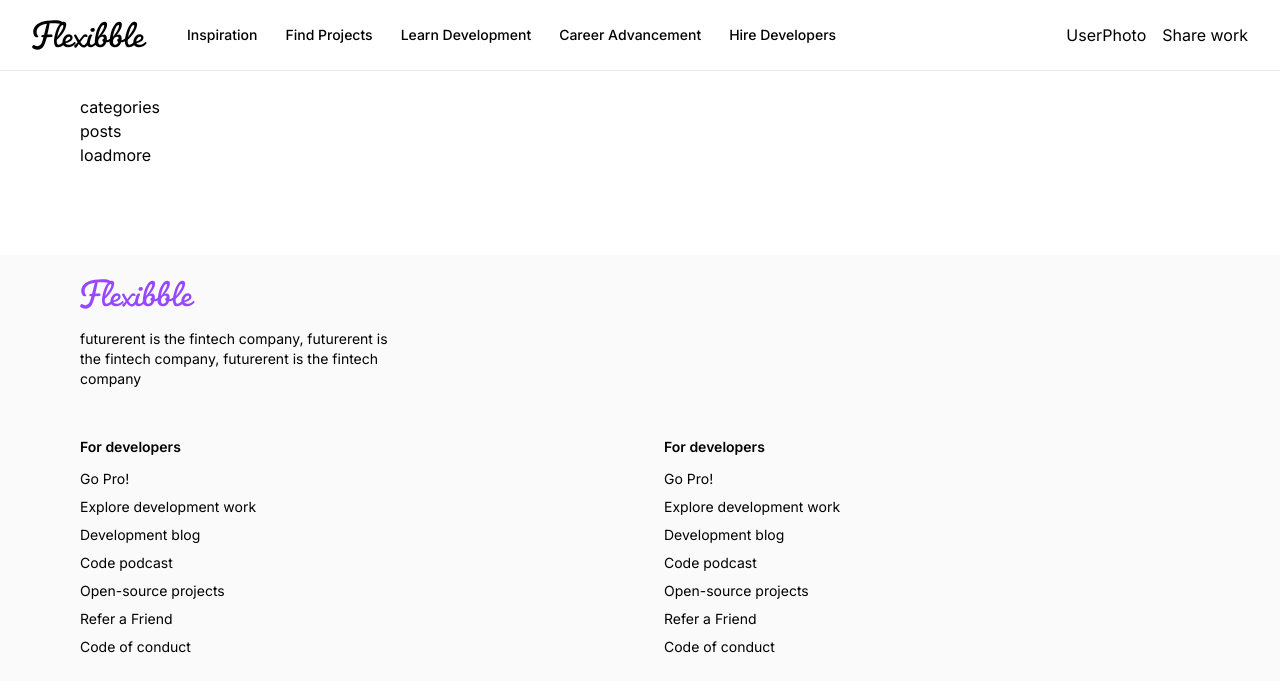
Repository: cicifuture/grafbase_proj
Page: /
These files come from the project's save history. The page is drawn as it stood at one moment and after the next save; the edit follows.
The browser window is 1280 px wide. The pictures show the whole page.
The project was rebuilt for these pictures with package versions that can differ from the ones it lists, and the page was loaded fresh each time. The framework's server and built-in components were replaced by stand-ins that run in the browser. Also part of the build but not shown: next.config.js, components/AuthProviders.tsx.

Above is the page before, as saved 2023-09-26 11:43:47.

After the next save:
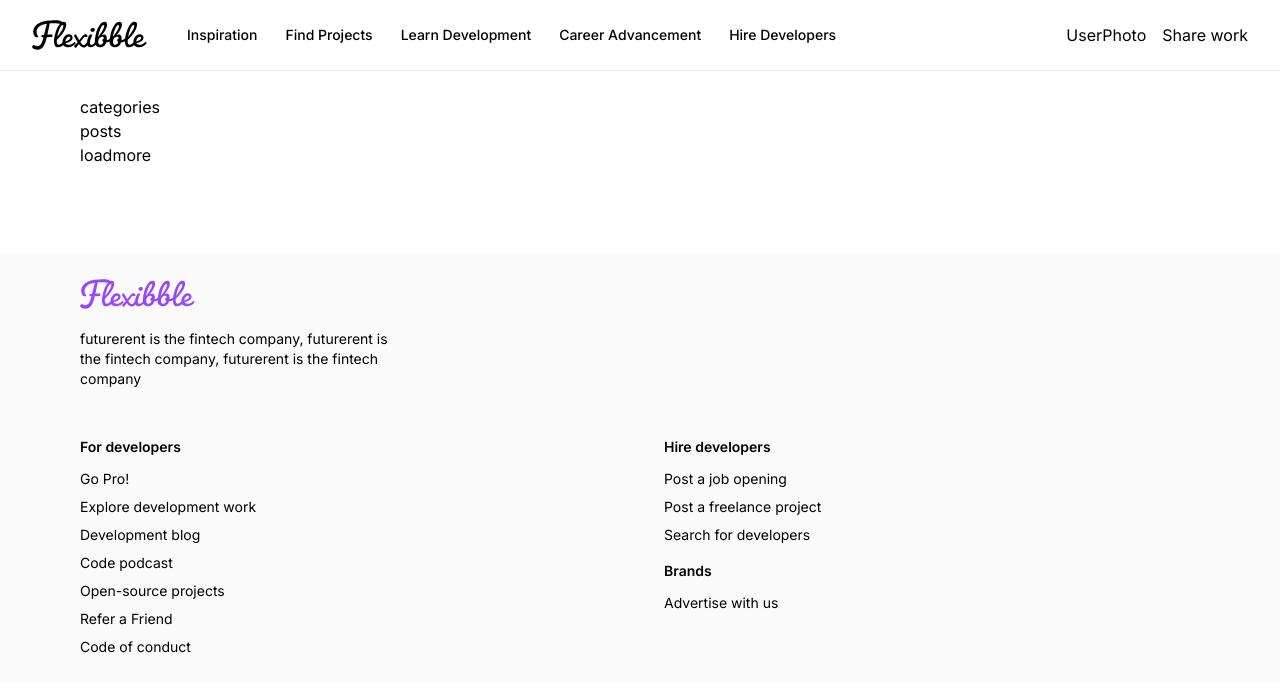
Saved 48 s later.
--- a/components/Footer.tsx
+++ b/components/Footer.tsx
@@ -29,7 +29,8 @@
         <div className='flex flex-wrap gap-12'>
           <FooterColumn title={footerLinks[0].title} links={footerLinks[0].links}/>
           <div className='flex-1 flex flex-col gap-4'>
-          <FooterColumn title={footerLinks[0].title} links={footerLinks[0].links}/>
+          <FooterColumn title={footerLinks[1].title} links={footerLinks[1].links}/>
+          <FooterColumn title={footerLinks[2].title} links={footerLinks[2].links}/>
           </div>
         </div>
       </div>
